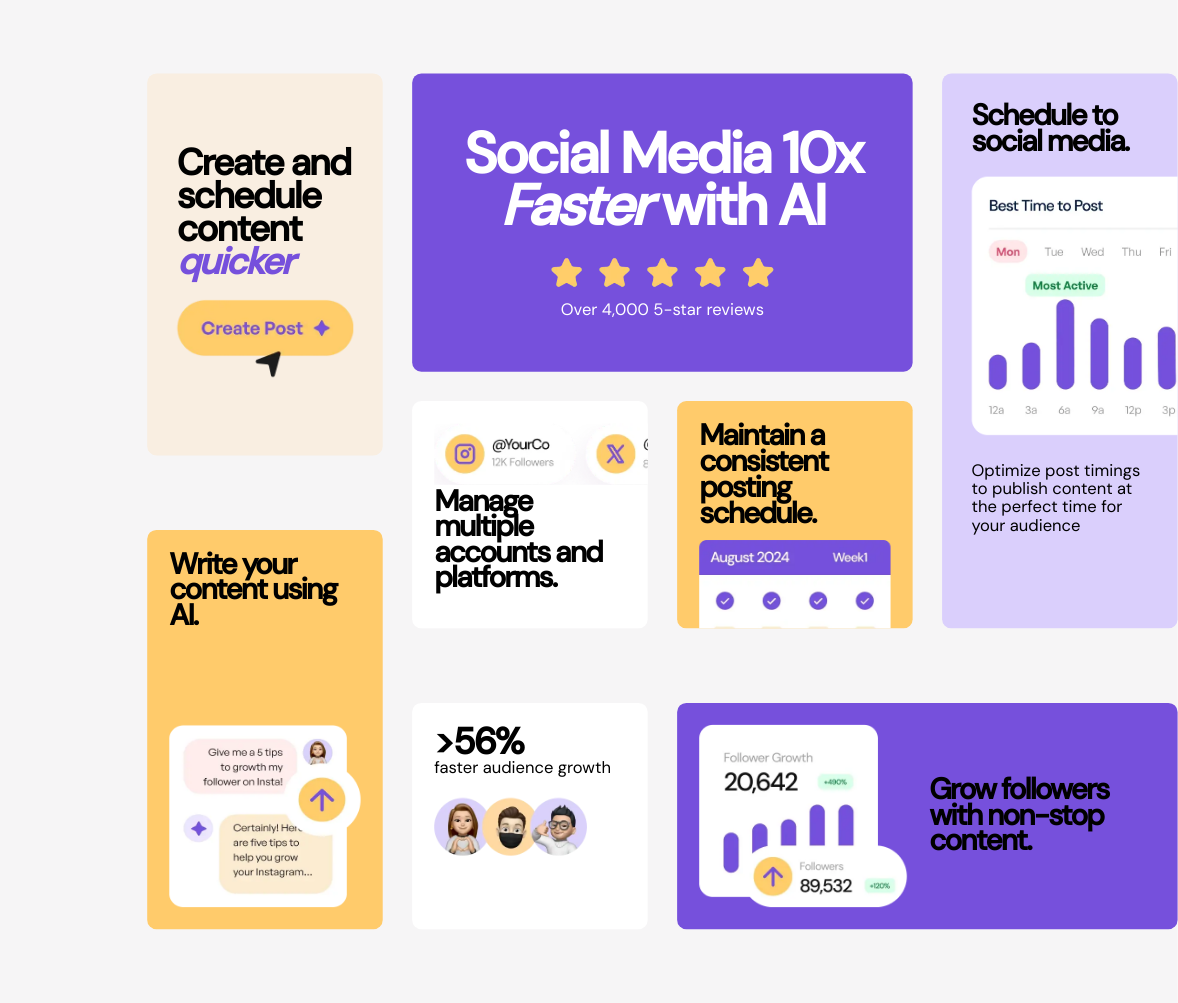
Repository: brandontaylor1/bento-grid
Page: index.html
An editor plug-in stored every save of this project. The page is shown before and after the next save, followed by the edit.
The browser window is 1280 px wide. The pictures show the whole page, at 92% of full size.

Above is the page before, as saved 2025-01-22 19:04:14.

### index.html
<!DOCTYPE html>
<html lang="en">
<head>
    <meta charset="UTF-8">
    <meta name="viewport" content="width=device-width, initial-scale=1.0">
    <link rel="stylesheet" href="styles.css">
    <title>Bento Grid</title>
</head>
<body>
    <main class="container">
        <div class="grid-container">
            <div class="grid-item-1">
                <h1>Social Media <span>10x </span><em>Faster </em>with AI </h1>
                <img src="./assets/images/illustration-five-stars.webp" alt="five star images">
                <p>Over 4,000 5-star reviews</p>
            </div>
            <div class="grid-item-2">
                <img src="./assets/images/illustration-multiple-platforms.webp" alt="two social media images">
                <h3>Manage multiple accounts and platforms.</h3>
            </div>
            <div class="grid-item-3">
                <h3>Maintain a consistent <br> posting schedule.</h3>
                <img src="./assets/images/illustration-consistent-schedule.webp" alt="schedule">
            </div>
            <div class="grid-item-4">
                <h3>Schedule to social media.</h3>
                <img src="./assets/images/illustration-schedule-posts.webp" alt="schedule of posts">
                <p>Optimize post timings to publish content at the perfect time for your audience</p>
            </div>
            <div class="grid-item-5">
                <img src="./assets/images/illustration-grow-followers.webp" alt="follower growth">
                <h3>Grow followers with non-stop content.</h3>
            </div>
            <div class="grid-item-6">
                <h2> >56%</h2>
                <p>faster audience growth</p>
                <img src="./assets/images/illustration-audience-growth.webp" alt="pictures of cartoon audience">
            </div>
            <div class="grid-item-7">
                <h2>Create and schedule content <em>quicker</em></h2>
                <img src="./assets/images/illustration-create-post.webp" alt="create post image">
            </div>
            <div class="grid-item-8">
                <h3>Write your content using AI.</h3>
                <img src="./assets/images/illustration-ai-content.webp" alt="Ai Content Image">
            </div>
        </div>
    </main>

</body>
</html>

### styles.css

@font-face {
    font-family: "DMSans-Medium";
    src: url('./assets/fonts/DMSans-Medium.ttf') format('truetype');
    font-weight: 500;
    font-style: normal;
}

@font-face {
    font-family: "DMSans-MediumItalic";
    src: url('./assets/fonts/DMSans-MediumItalic.ttf') format('truetype');
    font-weight: 500;
    font-style: italic;
}

@font-face {
    font-family: "DMSans-Regular";
    src: url('./assets/fonts/DMSans-Regular.ttf') format('truetype');
    font-weight: 400;
    font-style: normal;
}

* {
    margin: 0;
    padding: 0;
    box-sizing: border-box;

}

:root {

    /* COLORS */
    --purple100: hsl(254, 88%, 90%);
    --purple500: hsl(256, 67%, 59%);

    --yellow100: hsl(31, 66%, 93%);
    --yellow500: hsl(39, 100%, 71%);

    --white: hsl(0, 0%, 100%);
    --black: hsl(0, 0%, 0%);
    --font-black: #121212;

    --spacing-5: 40px;
    --spacing-4: 32px;
    --spacing-3: 24px;
    --spacing-2: 16px;
    --spacing-1: 8px;

    /* TYPOGRAPHY */
    --font-family-regular: "DMSans-Regular", sans-serif;
    --font-family-medium: "DMSans-Medium", sans-serif;

    --font-size-h1: 62px;
    --line-height-h1: 93.5%;
    --letter-spacing-h1: -3px;

    --font-size-h2: 40px;
    --line-height-h2: 90%;
    --letter-spacing-h2: -2px;

    --font-size-h3: 32px;
    --line-height-h3: 87.5%;
    --letter-spacing-h3: -2px;

    --font-size-p: 18px;
    --line-height-p: 111%;
    --letter-spacing-p: 0px;
}

/* TYPOGRAPHY */
h1 {
    font-family: var(--font-family-medium);
    font-size: var(--font-size-h1);
    line-height: var(--line-height-h1);
    letter-spacing: var(--letter-spacing-h1);
}

h2 {
    font-family: var(--font-family-medium);
    font-size: var(--font-size-h2);
    line-height: var(--line-height-h2);
    letter-spacing: var(--letter-spacing-h2);
}

h3 {
    font-family: var(--font-family-medium);
    font-size: var(--font-size-h3);
    line-height: var(--line-height-h3);
    letter-spacing: var(--letter-spacing-h3);
}

p {
    font-family: var(--font-family-regular);
    font-size: var(--font-size-p);
    line-height: var(--line-height-p);
    letter-spacing: var(--letter-spacing-p);

}

.container {
    height: auto;
    background-color: #F6F5F6;
    display: flex;
    justify-content: center;
    align-items: center;
}

.grid-container {
    height: 100%;
    width: 100%;
    max-width: 1440px;
    display: grid;
    grid-template-areas:
    " a a b b b b c c"
    " a a d d e e c c"
    " f f d d e e c c"
    " f f g g h h h h";
    gap: 32px;
    padding: 80px 160px 80px 160px;
    background-color: #F6F5F6;
}

.grid-item-1 {
    background-color: var(--purple500);
    color: var(--white);
    padding: 32px;
    border-radius: 10px;
    width: 544px;
    height: 324px;
    grid-area: b;
    display: flex;
    flex-direction: column;
    align-items: center;
    justify-content: center;
    text-align: center;
}

.grid-item-1 img {
    width: 250px;
    padding-top: 24px;
    padding-bottom: 8px;
}

.grid-item-2 {
    grid-area: d;
    width: 256px;
    height: 247px;
    padding: 24px;
    border-radius: 10px;
    overflow: hidden;
    background-color: var(--white);
}

.grid-item-2 img {
    width: 316px;
}

.grid-item-3 {
    grid-area: e;
    width: 256px;
    height: 247px;
    padding: 24px 24px 0 24px;
    border-radius: 10px;
    background-color: var(--yellow500);
    overflow: hidden;
}

.grid-item-3 img {
    width: 100%;
    padding-top: 16px;
}

.grid-item-4 {
    grid-area: c;
    width: 256px;
    height: 603px;
    padding: 32px;
    flex-direction: column;
    align-items: flex-start;
    justify-content: center;
    border-radius: 10px;
    background-color: var(--purple100);
    overflow: hidden;
}

.grid-item-4 img {
    width: 315px;
    padding: 24px 0;
}

.grid-item-4 p {
    width: 100%;
}

.grid-item-5 {
    grid-area: h;
    width: 544px;
    height: 246px;
    padding: 24px;
    border-radius: 10px;
    background-color: var(--purple500);
    display: flex;
    flex-direction: row;
    align-items: center;
}

.grid-item-5 img {
    width: 250px;
    padding-right: 24px;

}

.grid-item-6 {
    grid-area: g;
    width: 256px;
    height: 246px;
    padding: 24px;
    border-radius: 10px;
    background-color: var(--white);
    display: flex;
    flex-direction: column;
    align-items: flex-start;
}

.grid-item-6 img {
    width: 80%;
    padding-top: 24px;
}

.grid-item-7 {
    background-color: var(--yellow100);
    width: 256px;
    height: 415px;
    padding: 32px;
    border-radius: 10px;
    display: flex;
    flex-direction: column;
    align-items: center;
    justify-content: center;
    grid-area: a;
}

.grid-item-7 em {
    color: var(--purple500);
}


.grid-item-7 img {
    width: 100%;
    padding-top: 24px;
}

.grid-item-8 {
    grid-area: f;
    width: 256px;
    height: 434px;
    padding: 24px;
    display: flex;
    flex-direction: column;
    align-items: flex-start;
    justify-content: space-between;
    border-radius: 10px;
    background-color: var(--yellow500);
}

.grid-item-8 img {
    width: 100%;
    height: 222px;
    padding-top: 24px;
}

/* RESPONSIVE */

/* MOBILE */
@media screen and (max-width: 480px) {
    .container {
        height: auto;
        background-color: #F6F5F6;
    }

    .grid-container {
        display: grid;
        grid-template-areas:
        "a"
        "b"
        "c"
        "d"
        "e"
        "f"
        "g"
        "h";
        gap: var(--spacing-4);
    }

    .grid-item-1 {
        background-color: var(--purple500);
        color: var(--white);
        text-align: center;
        padding: 40px 32px;
        border-radius: 10px;
        width: 100%;
        grid-area: a;
    }

    .grid-item-1 h1 {
        padding-bottom: 24px;
    }

    .grid-item-1 img {
        width: 192px;
        padding-bottom: 8px;
    }

    .grid-item-1 span {
        color: var(--yellow500);
    }

    .grid-item-2 {
        background-color: var(--white);
        padding: 16px;
        border-radius: 10px;
        grid-area: b;
    }
    .grid-item-2 img {
        width: 100%;
    }

    .grid-item-2 h3 {
        color: #121212;
    }

    .grid-item-3 {
        background-color: var(--yellow500);
        padding: 16px;
        border-radius: 10px;
        overflow: hidden;
        grid-area: c;
    }

    .grid-item-3 img {
        width: 288px;
        height: auto;
        padding-top: 16px;
        margin-bottom: -40px;
    }

    .grid-item-4 {
        background-color: var(--purple100);
        padding: 32px;
        border-radius: 10px;
        text-align: center;
        grid-area: d;
    }

    .grid-item-4 img {
        width: 100%;
        padding: 24px 0;

    }

    .grid-item-5 {
        background-color: var(--purple500);
        color: var(--white);
        padding: 32px;
        border-radius: 10px;
        display: flex;
        flex-direction: column;
        align-items: center;
        justify-content: center;
        text-align: center;
        grid-area: e;
    }

    .grid-item-5 img {
        padding-bottom: 40px;
        width: 228px;
        height: auto;
    }

    .grid-item-5 h3 {
        width: 257px;
        height: auto;
    }

    .grid-item-6 {
        background-color: var(--white);
        padding: 16px;
        border-radius: 10px;
        text-align: left;
        padding: 24px;
        grid-area: f;
    }

    .grid-item-6 h2 {
        padding-bottom: 15px;
    }

    .grid-item-6 img {
       width: 50%;
       padding-top: 24px;

    }

    .grid-item-7 {
        background-color: var(--yellow100);
        padding: 32px;
        border-radius: 10px;
        text-align: left;
        grid-area: g;
    }

    .grid-item-7 img {
        width: 65%;
        padding-top: 24px;
    }

    .grid-item-7 em {
        color: var(--purple500);
    }

    .grid-item-8 {
        background-color: var(--yellow500);
        padding: 24px;
        border-radius: 10px;
        text-align: left;
        grid-area: h;
    }

    .grid-item-8 img {
        width: 75%;
        padding-top: 24px;
    }


}

After the next save:
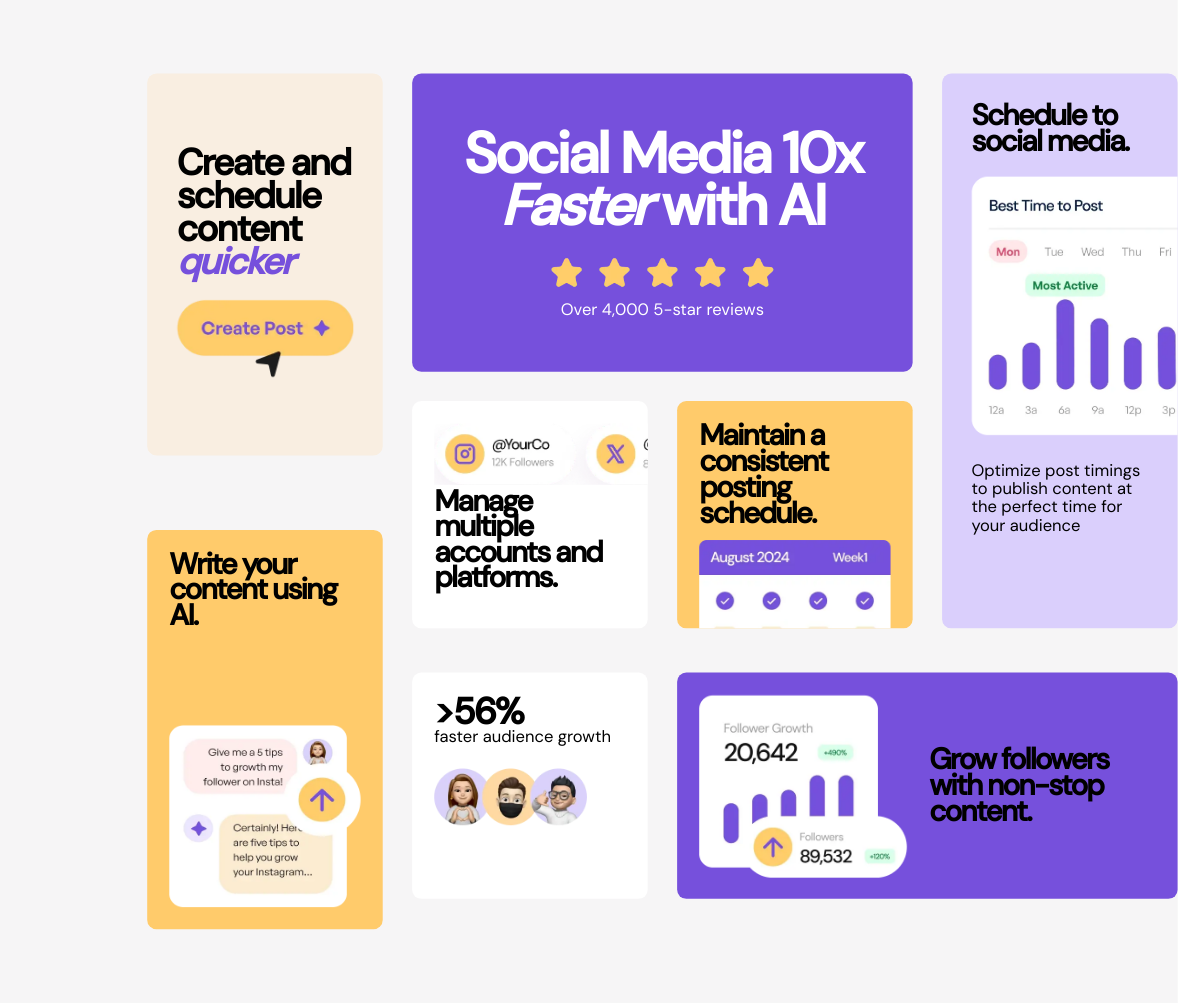
Saved 11 s later.
--- a/styles.css
+++ b/styles.css
@@ -112,8 +112,10 @@
     display: grid;
     grid-template-areas:
     " a a b b b b c c"
+    " a a b b b b c c"
     " a a d d e e c c"
     " f f d d e e c c"
+    " f f g g h h h h"
     " f f g g h h h h";
     gap: 32px;
     padding: 80px 160px 80px 160px;
